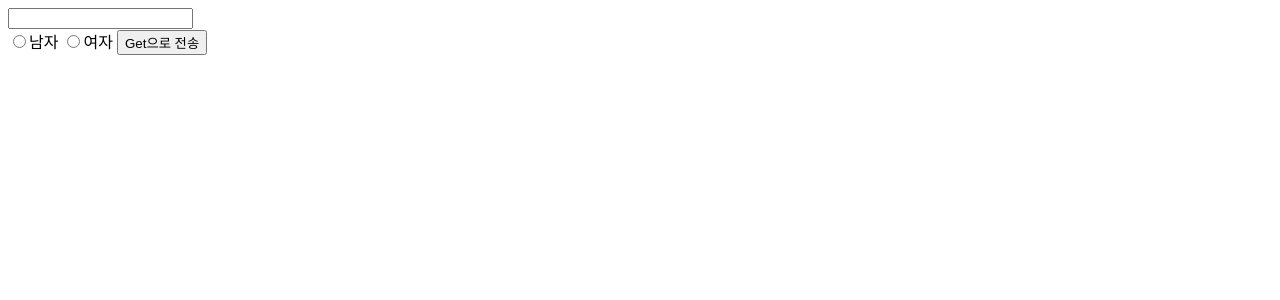
Repository: jdy0120/JSP
Page: http://localhost/basic/test_form.jsp
These files come from the project's save history. The page is drawn as it stood at one moment and after the next save; the edit follows.
The browser window is 1280 px wide. The pictures show the whole page.
The page is served by Tomcat 9.

Above is the page before, as saved 2020-11-24 04:06:48.

### work/basic/WebContent/test_form.jsp
<%@ page language="java" contentType="text/html; charset=UTF-8"
    pageEncoding="UTF-8"%>
<!DOCTYPE html PUBLIC "-//W3C//DTD HTML 4.01 Transitional//EN" "http://www.w3.org/TR/html4/loose.dtd">
<html>
<head>
<meta http-equiv="Content-Type" content="text/html; charset=UTF-8">
<title>Insert title here</title>
</head>
<body>
<form name='frmGet' action='testServlet' method='get'>
<input type='text' name='txtGet'/><br/>
<input type='radio' name='gender' value='m'>남자
<input type='radio' name='gender' value='f'>여자
<input type='submit' value='Get으로 전송'>
</body>
</html>

After the next save:
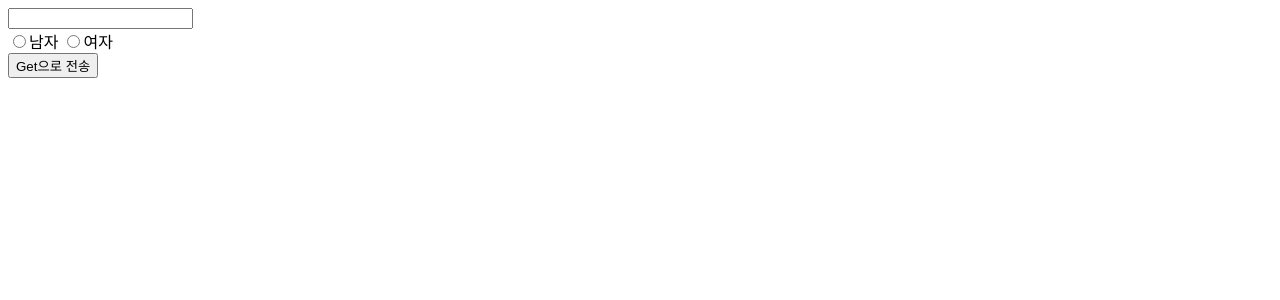
Saved 31 s later.
--- a/work/basic/WebContent/test_form.jsp
+++ b/work/basic/WebContent/test_form.jsp
@@ -10,7 +10,7 @@
 <form name='frmGet' action='testServlet' method='get'>
 <input type='text' name='txtGet'/><br/>
 <input type='radio' name='gender' value='m'>남자
-<input type='radio' name='gender' value='f'>여자
+<input type='radio' name='gender' value='f'>여자 <br/>
 <input type='submit' value='Get으로 전송'>
 </body>
 </html>
